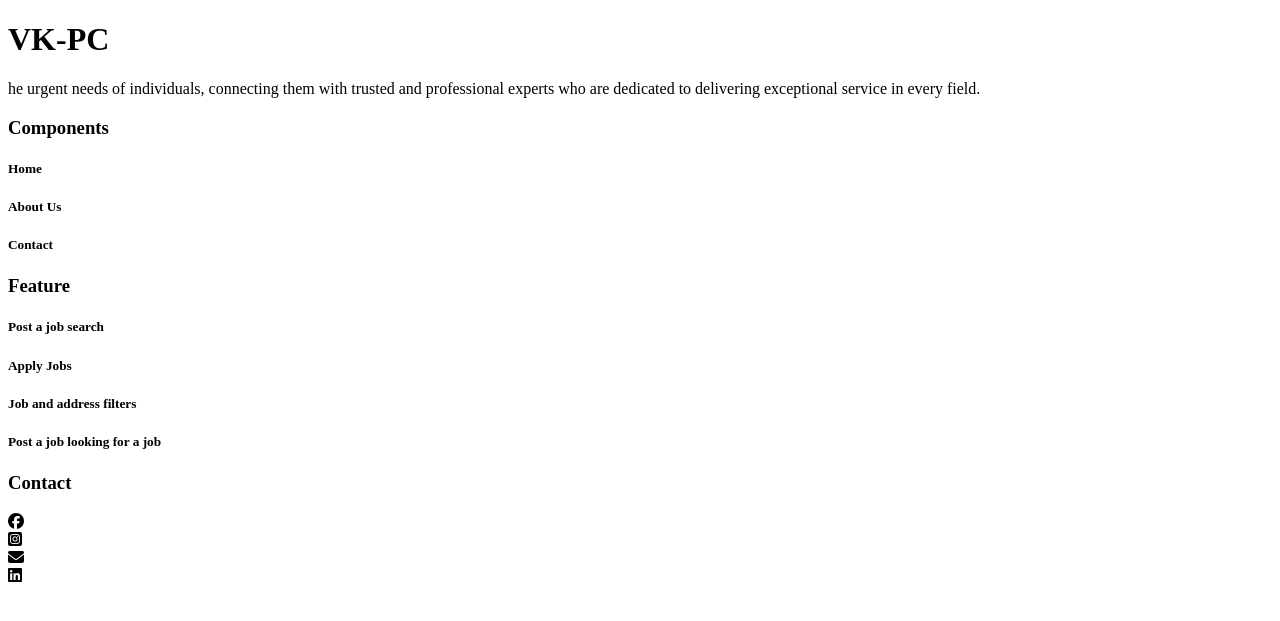
Repository: DangVai/LocalProduct
Page: http://localhost/LocalProduct/Views/frontend/footer.php
These files come from the project's save history. The page is drawn as it stood at one moment and after a run of saves; the edit follows.
The browser window is 1280 px wide. The pictures show the whole page.
The page is run by PHP 8.4 with error messages shown; the project is at /var/www/html/.

Above is the page before, as saved 2024-12-17 19:22:05.

### Views/frontend/footer.php
<!DOCTYPE html>
<html lang="en">
<head>
    <meta charset="UTF-8">
    <meta name="viewport" content="width=device-width, initial-scale=1.0">
    <title>Document</title>
    <link rel="stylesheet" href="https://cdnjs.cloudflare.com/ajax/libs/font-awesome/6.7.1/css/all.min.css" integrity="sha512-5Hs3dF2AEPkpNAR7UiOHba+lRSJNeM2ECkwxUIxC1Q/FLycGTbNapWXB4tP889k5T5Ju8fs4b1P5z/iB4nMfSQ==" crossorigin="anonymous" referrerpolicy="no-referrer" />
</head>
<body>
<div class="footer">
    <div class="left-footer">
        <h1>VK-PC</h1>
        <p>he urgent needs of individuals, connecting them with trusted and professional experts who are dedicated to delivering exceptional service in every field.</p>
    </div>
    <div class="right-footer">
        <div class="components">
            <h3>Components</h3>
            <h5>Home</h5>
            <h5>About Us</h5>
            <h5>Contact</h5>
        </div>
        <div class="feature">
            <h3>Feature</h3>
            <h5>Post a job search</h5>
            <h5>Apply Jobs</h5>
            <h5>Job and address filters</h5>
            <h5>Post a job looking for a job</h5>
        </div>
        <div class="contact">
            <h3>Contact</h3>
            <div class="logo">
                <div><i class="fa-brands fa-facebook"></i></div>
                <div><i class="fa-brands fa-square-instagram"></i></div>
                <div><i class="fa-solid fa-envelope"></i></div>
                <div><i class="fa-brands fa-linkedin"></i></div>
            </div>
        </div>
    </div>
</div>
</body>
</html>

After the next 2 saves:
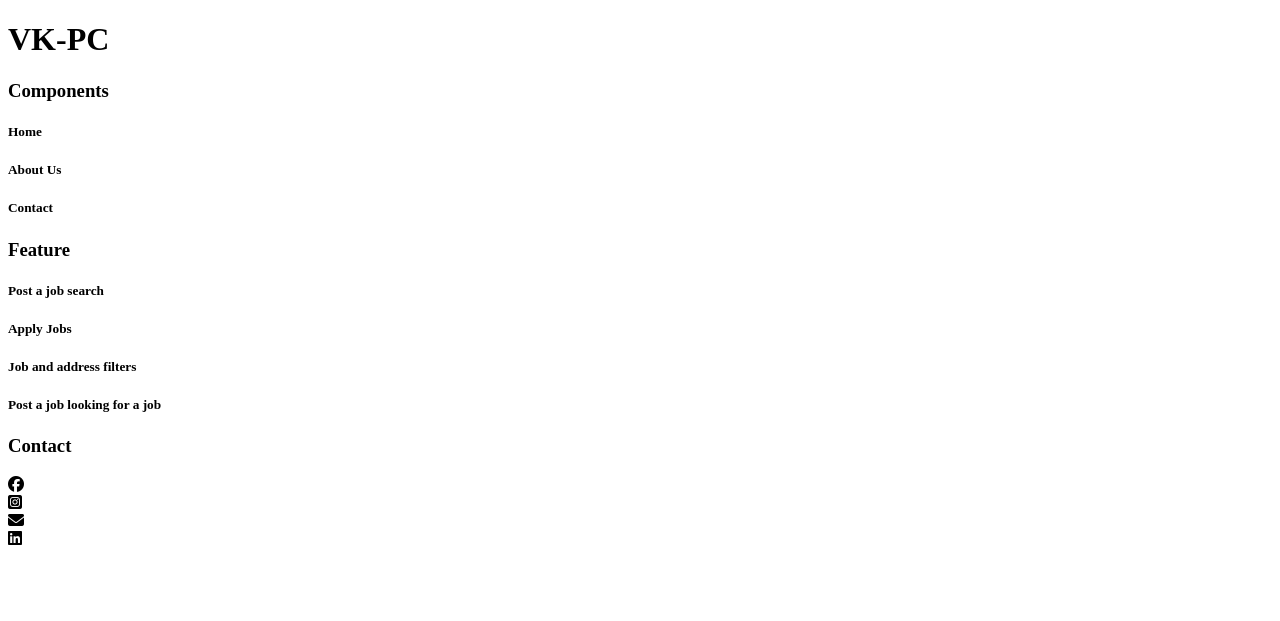
The 2 saves are shown as one change because they came seconds apart.
The last was saved 10 s later.
--- a/Views/frontend/footer.php
+++ b/Views/frontend/footer.php
@@ -10,7 +10,7 @@
 <div class="footer">
     <div class="left-footer">
         <h1>VK-PC</h1>
-        <p>he urgent needs of individuals, connecting them with trusted and professional experts who are dedicated to delivering exceptional service in every field.</p>
+        <p><p>
     </div>
     <div class="right-footer">
         <div class="components">
